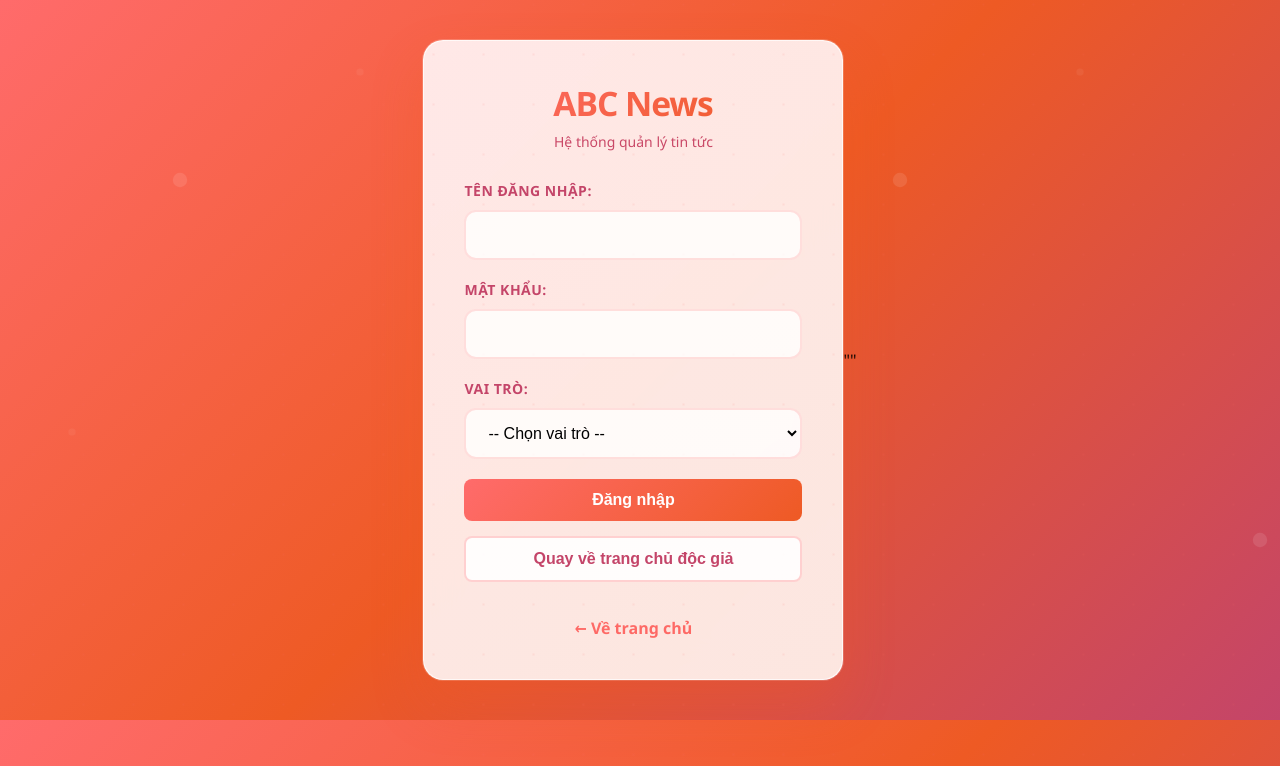
Repository: sangdvpy00305-cmyk/web_abcnew_asignment
Page: http://localhost/abc_new/login.jsp
The author's editor kept a copy of each file at every save. The page is drawn from the files as they stood at one save, then again after the next save.
The browser window is 1280 px wide. The pictures show the whole page.
The page is served by Tomcat 10. Nobody is signed in. The application's start-up code is not run. Other server files are loaded and not shown.

Above is the page before, as saved 2025-10-18 16:59:15.

### abc_new/src/main/webapp/login.jsp
<%@ page language="java" contentType="text/html; charset=UTF-8" pageEncoding="UTF-8" %>
    <!DOCTYPE html>
    <html lang="vi">

    <head>
        <meta charset="UTF-8">
        <meta name="viewport" content="width=device-width, initial-scale=1.0">
        <title>Đăng nhập - ABC News</title>
        <style>
            * {
                margin: 0;
                padding: 0;
                box-sizing: border-box;
            }

            body {
                font-family: 'Segoe UI', Tahoma, Geneva, Verdana, sans-serif;
                background: linear-gradient(135deg, #ff6b6b 0%, #ee5a24 50%, #c44569 100%);
                min-height: 100vh;
                display: flex;
                align-items: center;
                justify-content: center;
                position: relative;
                overflow: hidden;
            }

            body::before {
                content: '';
                position: absolute;
                top: 0;
                left: 0;
                right: 0;
                bottom: 0;
                background: url('data:[embedded picture, 547 characters]');
                pointer-events: none;
            }

            .login-container {
                background: rgba(255, 255, 255, 0.95);
                backdrop-filter: blur(20px);
                padding: 40px;
                border-radius: 20px;
                box-shadow: 0 25px 50px rgba(238, 90, 36, 0.3),
                    0 0 0 1px rgba(255, 255, 255, 0.2);
                width: 100%;
                max-width: 420px;
                position: relative;
                border: 1px solid rgba(255, 255, 255, 0.2);
            }

            .login-container::before {
                content: '';
                position: absolute;
                top: 0;
                left: 0;
                right: 0;
                bottom: 0;
                background: linear-gradient(135deg, rgba(255, 107, 107, 0.1) 0%, rgba(238, 90, 36, 0.1) 100%);
                border-radius: 20px;
                pointer-events: none;
            }

            .logo {
                text-align: center;
                margin-bottom: 30px;
            }

            .logo h1 {
                background: linear-gradient(135deg, #ff6b6b 0%, #ee5a24 100%);
                -webkit-background-clip: text;
                -webkit-text-fill-color: transparent;
                background-clip: text;
                font-size: 32px;
                font-weight: 800;
                letter-spacing: -1px;
            }

            .logo p {
                color: #c44569;
                margin-top: 8px;
                font-weight: 500;
                font-size: 14px;
            }

            .form-group {
                margin-bottom: 20px;
            }

            .form-group label {
                display: block;
                margin-bottom: 10px;
                color: #c44569;
                font-weight: 600;
                font-size: 14px;
                text-transform: uppercase;
                letter-spacing: 0.5px;
            }

            .form-group input,
            .form-group select {
                width: 100%;
                padding: 14px 18px;
                border: 2px solid rgba(255, 107, 107, 0.2);
                border-radius: 12px;
                font-size: 16px;
                background: rgba(255, 255, 255, 0.8);
                transition: all 0.3s ease;
                position: relative;
            }

            .form-group input:focus,
            .form-group select:focus {
                outline: none;
                border-color: #ff6b6b;
                background: rgba(255, 255, 255, 1);
                box-shadow: 0 0 0 4px rgba(255, 107, 107, 0.1);
                transform: translateY(-1px);
            }

            .form-group input:hover,
            .form-group select:hover {
                border-color: rgba(255, 107, 107, 0.4);
            }

            .btn {
                width: 100%;
                padding: 12px;
                border: none;
                border-radius: 8px;
                font-size: 16px;
                font-weight: 600;
                cursor: pointer;
                transition: all 0.3s ease;
                margin-bottom: 15px;
            }

            .btn-primary {
                background: linear-gradient(135deg, #ff6b6b 0%, #ee5a24 100%);
                color: white;
                position: relative;
                overflow: hidden;
            }

            .btn-primary::before {
                content: '';
                position: absolute;
                top: 0;
                left: -100%;
                width: 100%;
                height: 100%;
                background: linear-gradient(90deg, transparent, rgba(255, 255, 255, 0.2), transparent);
                transition: left 0.5s;
            }

            .btn-primary:hover::before {
                left: 100%;
            }

            .btn-primary:hover {
                transform: translateY(-3px);
                box-shadow: 0 8px 25px rgba(255, 107, 107, 0.4);
                background: linear-gradient(135deg, #ff5252 0%, #d84315 100%);
            }

            .btn-primary:active {
                transform: translateY(-1px);
            }

            .btn-secondary {
                background: rgba(255, 255, 255, 0.9);
                color: #c44569;
                border: 2px solid rgba(255, 107, 107, 0.3);
                font-weight: 600;
            }

            .btn-secondary:hover {
                background: rgba(255, 107, 107, 0.1);
                border-color: #ff6b6b;
                transform: translateY(-2px);
                box-shadow: 0 5px 15px rgba(255, 107, 107, 0.2);
            }

            .error-message {
                background: linear-gradient(135deg, rgba(244, 67, 54, 0.1) 0%, rgba(211, 47, 47, 0.1) 100%);
                color: #c62828;
                padding: 15px 20px;
                border-radius: 12px;
                margin-bottom: 25px;
                display: none;
                border: 1px solid rgba(244, 67, 54, 0.2);
                font-weight: 500;
                backdrop-filter: blur(10px);
            }

            .home-link {
                text-align: center;
                margin-top: 20px;
            }

            .home-link a {
                color: #ff6b6b;
                text-decoration: none;
                font-weight: 600;
                transition: all 0.3s ease;
            }

            .home-link a:hover {
                color: #ee5a24;
                text-decoration: underline;
                text-decoration-color: #ff6b6b;
            }

            /* Animation keyframes */
            @keyframes fadeInUp {
                from {
                    opacity: 0;
                    transform: translateY(30px);
                }

                to {
                    opacity: 1;
                    transform: translateY(0);
                }
            }

            @keyframes pulse {

                0%,
                100% {
                    transform: scale(1);
                }

                50% {
                    transform: scale(1.05);
                }
            }

            .login-container {
                animation: fadeInUp 0.8s ease-out;
            }

            .logo h1 {
                animation: pulse 2s ease-in-out infinite;
            }

            .form-group {
                animation: fadeInUp 0.6s ease-out;
                animation-fill-mode: both;
            }

            .form-group:nth-child(1) {
                animation-delay: 0.1s;
            }

            .form-group:nth-child(2) {
                animation-delay: 0.2s;
            }

            .form-group:nth-child(3) {
                animation-delay: 0.3s;
            }

            .btn {
                animation: fadeInUp 0.6s ease-out 0.4s both;
            }

            /* Floating particles effect */
            .login-container::after {
                content: '';
                position: absolute;
                top: -50%;
                left: -50%;
                width: 200%;
                height: 200%;
                background: radial-gradient(circle, rgba(255, 107, 107, 0.1) 1px, transparent 1px);
                background-size: 50px 50px;
                animation: float 20s linear infinite;
                pointer-events: none;
                z-index: -1;
            }

            @keyframes float {
                0% {
                    transform: translate(0, 0) rotate(0deg);
                }

                100% {
                    transform: translate(-50px, -50px) rotate(360deg);
                }
            }

            @media (max-width: 480px) {
                .login-container {
                    margin: 20px;
                    padding: 30px 20px;
                    border-radius: 15px;
                }

                .logo h1 {
                    font-size: 28px;
                }
            }
        </style>
    </head>

    <body>
        <div class="login-container">
            <div class="logo">
                <h1>ABC News</h1>
                <p>Hệ thống quản lý tin tức</p>
            </div>

            <div class="error-message" id="errorMessage">
                Tên đăng nhập hoặc mật khẩu không đúng!
            </div>

            <form id="loginForm" action="LoginServlet" method="post">
                <div class="form-group">
                    <label for="username">Tên đăng nhập:</label>
                    <input type="text" id="username" name="username" required>
                </div>

                <div class="form-group">
                    <label for="password">Mật khẩu:</label>
                    <input type="password" id="password" name="password" required>
                </div>

                <div class="form-group">
                    <label for="role">Vai trò:</label>
                    <select id="role" name="role" required>
                        <option value="">-- Chọn vai trò --</option>
                        <option value="admin">Quản trị viên</option>
                        <option value="reporter">Phóng viên</option>
                    </select>
                </div>

                <button type="submit" class="btn btn-primary">Đăng nhập</button>
            </form>

            <button type="button" class="btn btn-secondary" onclick="goToHomePage()">
                Quay về trang chủ độc giả
            </button>

            <div class="home-link">
                <a href="index.jsp">← Về trang chủ</a>
            </div>
        </div>

        <script>
            // Xử lý form đăng nhập
            document.getElementById('loginForm').addEventListener('submit', function (e) {
                e.preventDefault();

                const username = document.getElementById('username').value;
                const password = document.getElementById('password').value;
                const role = document.getElementById('role').value;

                if (!username || !password || !role) {
                    showError('Vui lòng điền đầy đủ thông tin!');
                    return;
                }

                // Gửi form (có thể thay thế bằng AJAX call)
                this.submit();
            });

            // Hiển thị thông báo lỗi
            function showError(message) {
                const errorDiv = document.getElementById('errorMessage');
                errorDiv.textContent = message;
                errorDiv.style.display = 'block';

                setTimeout(() => {
                    errorDiv.style.display = 'none';
                }, 5000);
            }

            // Quay về trang chủ độc giả
            function goToHomePage() {
                window.location.href = 'index.jsp';
            }

        // Kiểm tra thông báo lỗi từ server
        <% if (request.getParameter("error") != null) { %>
                showError('Đăng nhập thất bại. Vui lòng kiểm tra lại thông tin!');
        <% } %>
        </script>
    </body>

    </html>""

After the next save:
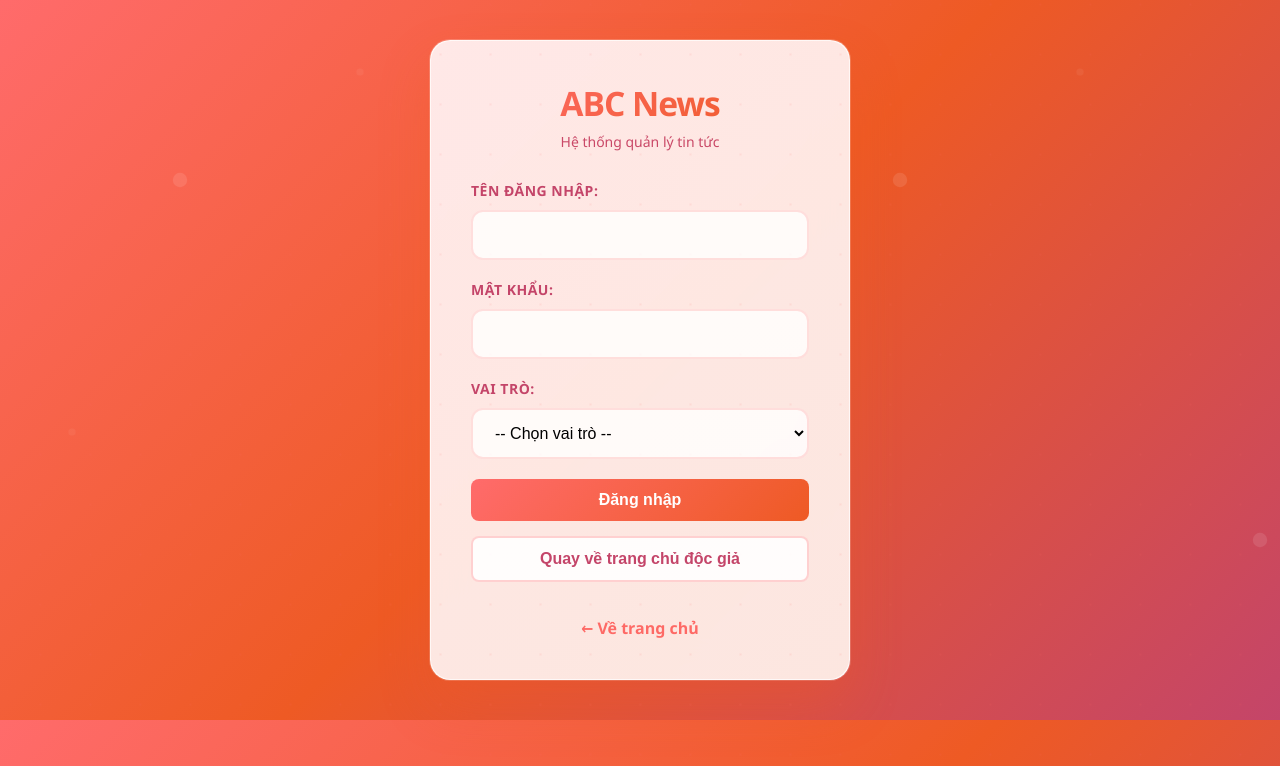
Saved 3 min 47 s later.
--- a/abc_new/src/main/webapp/login.jsp
+++ b/abc_new/src/main/webapp/login.jsp
@@ -387,4 +387,4 @@
         </script>
     </body>
 
-    </html>""
+    </html>
